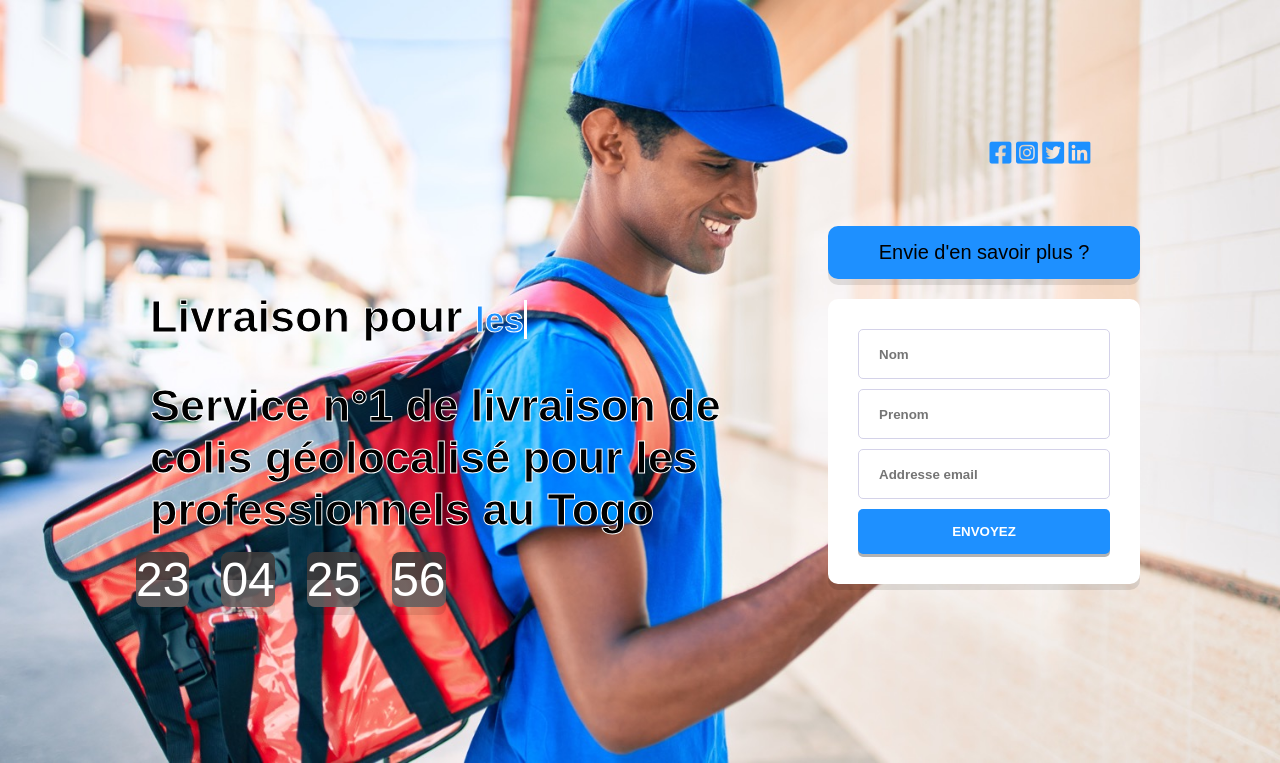
Repository: lawalalao/landpage
Page: index.html
These files come from the project's save history. The page is drawn as it stood at one moment and after the next save; the edit follows.
The browser window is 1280 px wide. The pictures show the whole page.
Some web fonts or font styles are not loaded; a fallback is used.

Above is the page before, as saved 2021-01-15 15:39:03.
Console error: TypeError: Cannot read properties of null (reading 'addEventListener')

After the next save:
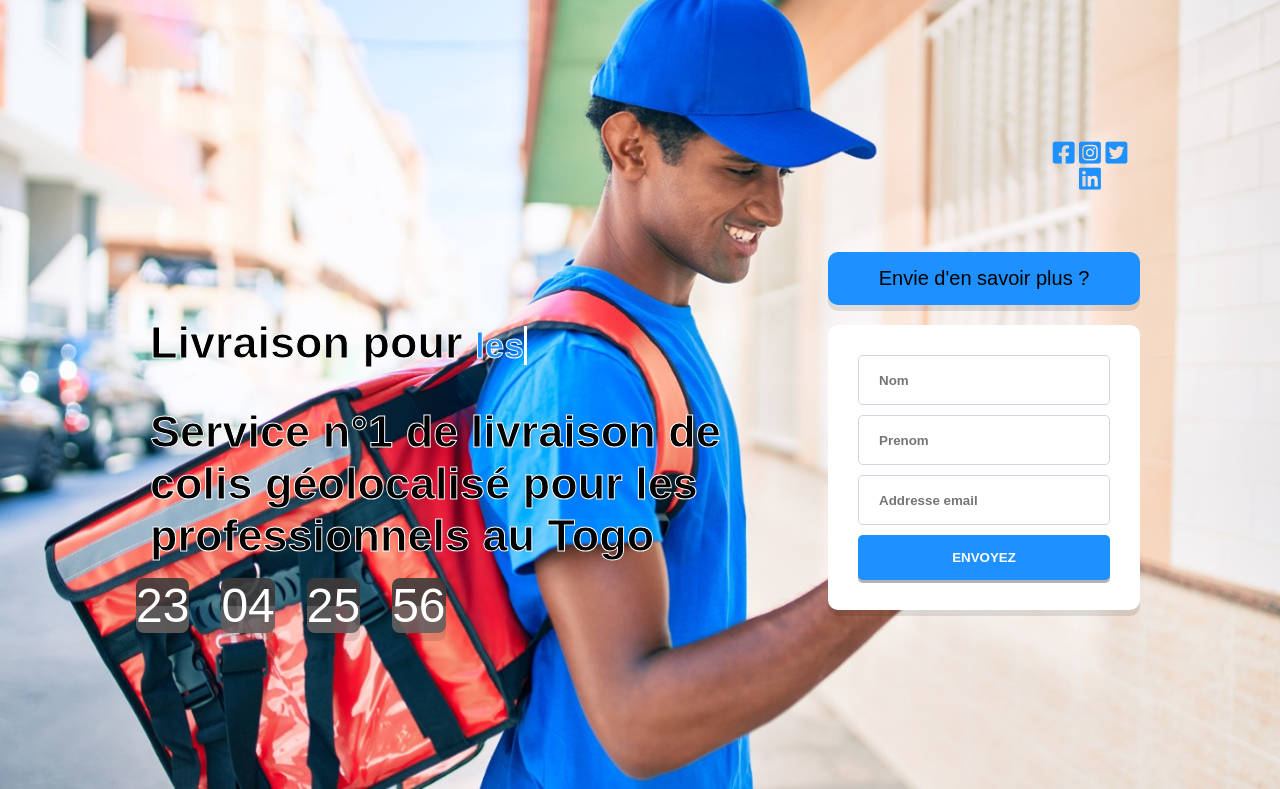
Saved 8 s later.
--- a/style.css
+++ b/style.css
@@ -11,7 +11,7 @@
     text-align: center;
 }
 .social{
-    margin-left:800px;
+    margin-left:900px;
 }
 .social i{
     color:#1E90FF;

After the save that followed:
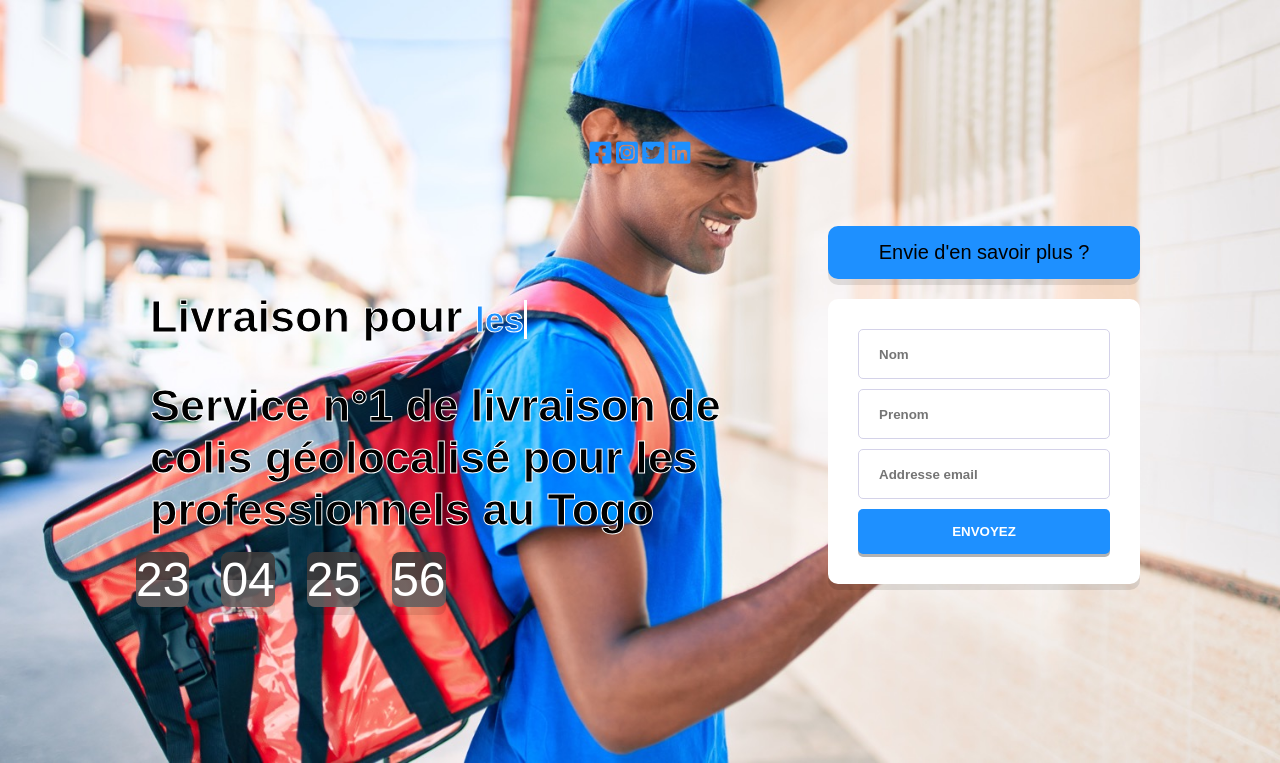
Saved 26 s later.
--- a/style.css
+++ b/style.css
@@ -10,13 +10,9 @@
     color: Black;
     text-align: center;
 }
-.social{
-    margin-left:900px;
-}
 .social i{
     color:#1E90FF;
     font-size:25px;
-
 }
 
 .social i:hover {
